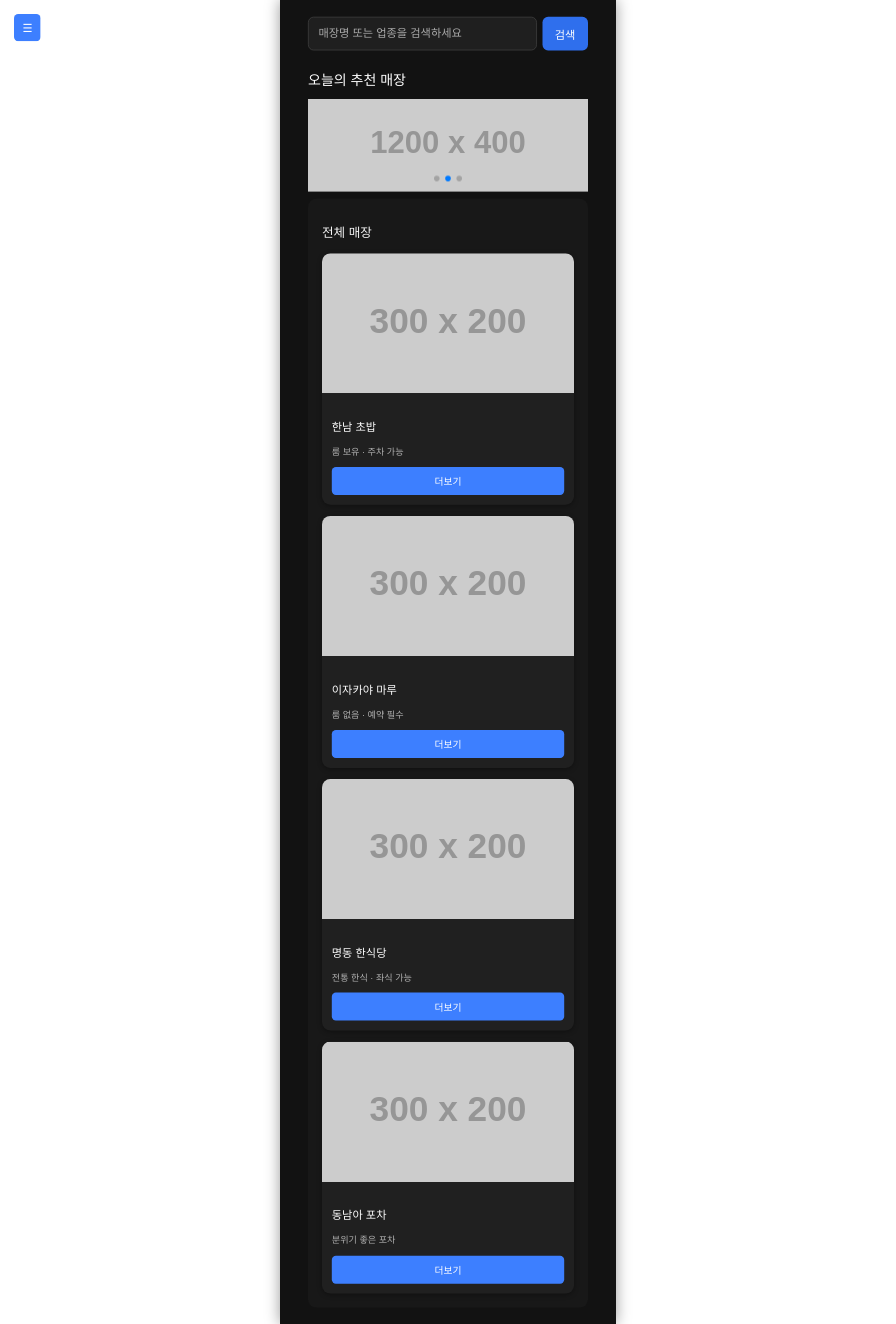
Repository: noiredex/Choplan-API
Page: / (app in choplan/frontend_main/)
The author's editor kept a copy of each file at every save. The page is drawn from the files as they stood at one save, then again after the next save.
The browser window is 1280 px wide. The pictures show the whole page, at 70% of full size.
The project was rebuilt for these pictures with package versions that can differ from the ones it lists, and the page was loaded fresh each time. Also part of the build but not shown: choplan/frontend_main/vite.config.js, choplan/frontend_main/vite.config.ts, choplan/frontend_main/src/styles/StoreDetailPage.css, choplan/frontend_main/src/pages/StoreDetailPage.jsx.

Above is the page before, as saved 2025-10-29 10:26:50.

### choplan/frontend_main/index.html
<!doctype html>
<html lang="en">
  <head>
    <meta charset="UTF-8" />
    <link rel="icon" type="image/svg+xml" href="/vite.svg" />
    <meta name="viewport" content="width=device-width, initial-scale=1.0" />
    <title>frontend_main</title>
  </head>
  <body>
    <div id="root"></div>
    <script type="module" src="/src/main.jsx"></script>
  </body>
</html>

### choplan/frontend_main/src/App.jsx
import { Routes, Route } from "react-router-dom";
import HomePage from "./pages/HomePage";
import StoreDetailPage from "./pages/StoreDetailPage";
import "./App.css";

export default function App() {
  return (
    <Routes>
      <Route path="/" element={<HomePage />} />
      <Route path="/store/:id" element={<StoreDetailPage />} />
    </Routes>
  );
}

### choplan/frontend_main/src/pages/Homepage.jsx
import React, { useState } from "react";
import Sidebar from "../components/common/Sidebar";
import SearchBar from "../components/home/SearchBar";
import BannerSlider from "../components/home/BannerSlider";
import RecommendedStores from "../components/home/RecommendedStores";
import "../styles/HomePage.css";

export default function HomePage() {
  const [selectedCategory, setSelectedCategory] = useState("전체");
  const [searchQuery, setSearchQuery] = useState("");

  return (
    <div className="home-container">
      {/* 사이드바 */}
      <Sidebar
        selectedCategory={selectedCategory}
        onSelectCategory={setSelectedCategory}
        searchQuery={searchQuery}
      />

      {/* 메인 콘텐츠 */}
      <div className="main-content">
        <SearchBar onSearch={setSearchQuery} />

        {/* 추천 배너 */}
        <section className="banner-section">
          <h2>오늘의 추천 매장</h2>
          <BannerSlider />
        </section>

        {/* 매장 목록 */}
        <section className="store-section">
          <RecommendedStores
            category={selectedCategory}
            searchQuery={searchQuery}
          />
        </section>
      </div>
    </div>
  );
}

### choplan/frontend_main/src/App.css
/* ==============================
   App.css — 전역 스타일
   ============================== */

/* 기본 페이지 레이아웃 */
html, body {
  margin: 0;
  padding: 0;
  background-color: #181818; /* Soft Charcoal */
  color: #E0E0E0;
  font-family: 'Noto Sans KR', sans-serif;
  display: flex;
  justify-content: center;
}

/* 전체 앱을 중앙에 고정 (모바일 480px 기준) */
#root {
  width: 100%;
  max-width: 480px;
  min-height: 100vh;
  background-color: #1E1E1E;
  box-shadow: 0 0 20px rgba(0, 0, 0, 0.4);
  overflow-x: hidden;
  position: relative;
}

/* 스크롤바 다크모드 스타일 */
::-webkit-scrollbar {
  width: 6px;
}
::-webkit-scrollbar-track {
  background: #1a1a1a;
}
::-webkit-scrollbar-thumb {
  background: #444;
  border-radius: 4px;
}
::-webkit-scrollbar-thumb:hover {
  background: #555;
}

/* 공통 버튼 스타일 */
button {
  background-color: #3D7FFF;
  color: white;
  border: none;
  border-radius: 8px;
  padding: 10px 16px;
  cursor: pointer;
  transition: background-color 0.2s ease;
}
button:hover {
  background-color: #5596FF;
}

/* 링크 */
a {
  text-decoration: none;
  color: inherit;
}

### choplan/frontend_main/src/components/common/Sidebar.jsx
import React, { useState, useEffect } from "react";
import "../../styles/Sidebar.css";

export default function Sidebar({ selectedCategory, onSelectCategory, searchQuery }) {
  const [isOpen, setIsOpen] = useState(false);

  const categories = [
    "전체",
    "이자카야",
    "초밥",
    "한식",
    "양식",
    "중식",
    "동남아",
    "인도",
    "기타",
  ];

  // 검색어에 따라 자동 카테고리 선택
  useEffect(() => {
    if (searchQuery && searchQuery.trim() !== "") {
      const matched = categories.find((cat) => searchQuery.includes(cat));
      if (matched) onSelectCategory(matched);
    }
  }, [searchQuery]);

  return (
    <>
      {/* 햄버거 버튼 (항상 노출) */}
      <button
        className="sidebar-toggle"
        onClick={() => setIsOpen(!isOpen)}
        aria-label="메뉴 열기"
      >
        ☰
      </button>

      {/* 오버레이 (열릴 때만) */}
      {isOpen && <div className="overlay" onClick={() => setIsOpen(false)}></div>}

      {/* 세로형 사이드바 */}
      <aside className={`sidebar ${isOpen ? "open" : ""}`}>
        <ul className="sidebar-list">
          {categories.map((category, index) => (
            <li
              key={index}
              className={selectedCategory === category ? "active" : ""}
              onClick={() => {
                onSelectCategory(category);
                setIsOpen(false);
              }}
            >
              {category}
            </li>
          ))}
        </ul>
      </aside>
    </>
  );
}

### choplan/frontend_main/src/components/home/SearchBar.jsx
import React, { useState } from "react";
import "../../styles/SearchBar.css";

export default function SearchBar({ onSearch }) {
  const [query, setQuery] = useState("");

  const handleInputChange = (e) => {
    setQuery(e.target.value);
  };

  const handleSearch = (e) => {
    e.preventDefault();
    onSearch(query);
  };

  return (
    <form className="search-bar" onSubmit={handleSearch}>
      <input
        type="text"
        placeholder="매장명 또는 업종을 검색하세요"
        value={query}
        onChange={handleInputChange}
      />
      <button type="submit">검색</button>
    </form>
  );
}

### choplan/frontend_main/src/components/home/BannerSlider.jsx
import React from "react";
import { Swiper, SwiperSlide } from "swiper/react";
import { Autoplay, Pagination } from "swiper/modules";
import "swiper/css";
import "swiper/css/pagination";
import "../../styles/BannerSlider.css";

export default function BannerSlider() {
  const banners = [
    {
      id: 1,
      img: "https://placehold.co/1200x400/007bff/ffffff?text=오늘의+추천매장+1",
      alt: "추천 매장 1",
    },
    {
      id: 2,
      img: "https://placehold.co/1200x400/f07b00/ffffff?text=오늘의+추천매장+2",
      alt: "추천 매장 2",
    },
    {
      id: 3,
      img: "https://placehold.co/1200x400/008c4a/ffffff?text=오늘의+추천매장+3",
      alt: "추천 매장 3",
    },
  ];

  return (
    <div className="banner-slider-container">
      <Swiper
        modules={[Autoplay, Pagination]}
        pagination={{ clickable: true }}
        autoplay={{ delay: 4000, disableOnInteraction: false }}
        loop={true}
        spaceBetween={0}
        slidesPerView={1}
        className="banner-swiper"
      >
        {banners.map((banner) => (
          <SwiperSlide key={banner.id}>
            <img
              src={banner.img}
              alt={banner.alt}
              className="banner-image"
            />
          </SwiperSlide>
        ))}
      </Swiper>
    </div>
  );
}

### choplan/frontend_main/src/components/home/RecommendedStores.jsx
import React, { useEffect, useState } from "react";
import { useNavigate } from "react-router-dom";
import "../../styles/RecommendedStores.css";

export default function RecommendedStores({ category, searchQuery }) {
  const [stores, setStores] = useState([]);
  const navigate = useNavigate(); // 페이지 이동 훅

  // 예시 데이터 (실제 API 연결 시 이 부분 대체)
  const allStores = [
    { id: 1, name: "한남 초밥", category: "초밥", desc: "룸 보유 · 주차 가능", img: "https://placehold.co/300x200" },
    { id: 2, name: "이자카야 마루", category: "이자카야", desc: "룸 없음 · 예약 필수", img: "https://placehold.co/300x200" },
    { id: 3, name: "명동 한식당", category: "한식", desc: "전통 한식 · 좌식 가능", img: "https://placehold.co/300x200" },
    { id: 4, name: "동남아 포차", category: "동남아", desc: "분위기 좋은 포차", img: "https://placehold.co/300x200" },
  ];

  useEffect(() => {
    let filtered = allStores;

    // 검색어 반영
    if (searchQuery) {
      filtered = filtered.filter((store) =>
        store.name.toLowerCase().includes(searchQuery.toLowerCase())
      );
    }

    // 카테고리 반영
    if (category && category !== "전체") {
      filtered = filtered.filter((store) => store.category === category);
    }

    setStores(filtered);
  }, [category, searchQuery]);

  return (
    <div className="recommended-stores">
      <h2>{category ? category : "전체"} 매장</h2>

      <div className="store-grid">
        {stores.length > 0 ? (
          stores.map((store) => (
            <div className="store-card" key={store.id}>
              <img src={store.img} alt={store.name} />
              <div className="store-info">
                <h3>{store.name}</h3>
                <p>{store.desc}</p>
                <button onClick={() => navigate(`/store/${store.id}`)}>더보기</button>
              {/* 더보기 클릭시 /store/매장id 페이지로 이동 */}
              </div>
            </div>
          ))
        ) : (
          <p className="no-results">검색 결과가 없습니다.</p>
        )}
      </div>
    </div>
  );
}

### choplan/frontend_main/src/styles/HomePage.css
/* ===== 기본 구조 ===== */
.home-container {
  display: flex;
  flex-direction: row;
  align-items: stretch;
  justify-content: flex-start;
  width: 100%;
  min-height: 100vh;
  background-color: #121212; /* 다크모드 배경 */
  overflow: hidden;
  box-sizing: border-box;
  color: #f0f0f0;
}

/* ===== 메인 콘텐츠 ===== */
.main-content {
  flex: 1;
  display: flex;
  flex-direction: column;
  justify-content: flex-start;
  align-items: stretch;
  padding: 24px 40px;
  overflow-y: auto;
  transition: all 0.3s ease;
}

/* ===== 검색바 ===== */
.search-bar {
  margin-bottom: 10px; /* 기존보다 10px 줄임 */
}

/* ===== 베너 섹션 ===== */
.benner-section {
  text-align: center;
  margin-top: 10px; /* 기존보다 10px 줄임 */
  margin-bottom: 20px; /* 아래 ‘전체매장’ 간격 줄임 */
  display: flex;
  flex-direction: column;
  align-items: center;
}

.banner-section h2 {
  font-size: 20px; /* 기존 24px → 20px */
  font-weight: 700;
  color: #ffffff;
  margin-bottom: 12px;
}

.banner-section .swiper-container {
  width: 100%;
  max-width: 1200px;
  aspect-ratio: 16 / 9;
  border-radius: 12px;
  overflow: hidden;
  object-fit: cover;
  height: auto !important;
  flex-shrink: 0;
}

.banner-section .swiper-slide img {
  width: 100%;
  height: 100%;
  object-fit: cover;
  display: block;
}

/* ===== 추천 매장 섹션 ===== */
.store-section {
  width: 100%;
  margin-top: 10px; /* 기존보다 10px 줄임 */
  flex-grow: 1;
}

/* 반응형 대응 */
@media (max-width: 1024px) {
  .banner-section h2 {
    font-size: 18px;
  }
}

### choplan/frontend_main/src/styles/Sidebar.css
/* ==============================
   Sidebar.css — 카테고리 & 햄버거 버튼
   ============================== */

/* ===== 사이드바 전체 ===== */
.sidebar {
  position: fixed;
  top: 0;
  left: 0;
  width: 220px;
  height: 100%;
  background: #202020; /* Soft Charcoal */
  border-right: 1px solid #2c2c2c;
  overflow-y: auto;
  transform: translateX(-100%);
  transition: transform 0.3s ease-in-out;
  z-index: 1000;
}

/* 열렸을 때 */
.sidebar.open {
  transform: translateX(0);
}

/* ===== 햄버거 버튼 ===== */
.sidebar-toggle {
  position: fixed;
  top: 20px;
  left: 20px;
  z-index: 1100;
  background: #3D7FFF;
  color: white;
  border: none;
  border-radius: 6px;
  padding: 10px 12px;
  font-size: 16px;
  cursor: pointer;
  transition: background 0.2s ease;
}

.sidebar-toggle:hover {
  background: #5596FF;
}

/* ===== 카테고리 리스트 ===== */
.sidebar-list {
  list-style: none;
  margin: 70px 0 0 0; /* 버튼 아래쪽 여백 확보 */
  padding: 0;
  display: flex;
  flex-direction: column;
}

.sidebar-list li {
  padding: 14px 18px;
  color: #E0E0E0;
  font-size: 15px;
  cursor: pointer;
  border-bottom: 1px solid #2b2b2b;
  transition: all 0.2s ease;
}

.sidebar-list li:hover {
  background-color: #2a2a2a;
}

.sidebar-list li.active {
  background-color: #3D7FFF;
  color: #fff;
  font-weight: 600;
}

/* “전체” 항목 상단 고정 */
.sidebar-list li:first-child {
  position: sticky;
  top: 0;
  background: #202020;
  z-index: 3;
  font-weight: bold;
  border-bottom: 1px solid #2c2c2c;
}

/* ===== 스크롤바 ===== */
.sidebar-list::-webkit-scrollbar {
  width: 6px;
}
.sidebar-list::-webkit-scrollbar-thumb {
  background: #333;
  border-radius: 3px;
}
.sidebar-list::-webkit-scrollbar-thumb:hover {
  background: #444;
}

/* ===== 반응형 ===== */
@media (max-width: 1024px) {
  .sidebar {
    width: 220px;
  }
}

@media (max-width: 600px) {
  .sidebar {
    width: 200px;
  }

  .sidebar-list li {
    font-size: 14px;
    padding: 12px 14px;
  }

  .sidebar-toggle {
    padding: 8px 10px;
    font-size: 14px;
    top: 15px;
    left: 15px;
  }
}

### choplan/frontend_main/src/styles/SearchBar.css
.search-bar {
  display: flex;
  align-items: center; /* 세로 중앙 정렬 */
  justify-content: center;
  width: 100%;
  max-width: 600px;
  margin: 0 auto;
}

.search-bar input {
  flex: 1;
  height: 48px; /* 버튼과 동일 높이 */
  padding: 0 14px;
  border: 1px solid #444;
  border-radius: 8px;
  background-color: #1f1f1f;
  color: #f0f0f0;
  font-size: 16px;
  outline: none;
  box-sizing: border-box;
}

.search-bar input::placeholder {
  color: #aaa;
}

.search-bar button {
  height: 48px; /* input과 완전 동일 높이 */
  padding: 0 18px;
  border: none;
  background-color: #2f6fed;
  color: white;
  font-size: 16px;
  border-radius: 8px;
  margin-left: 8px; /* input과의 간격 */
  cursor: pointer;
  transition: background-color 0.2s ease;
}

.search-bar button:hover {
  background-color: #1d56c4;
}

### choplan/frontend_main/src/styles/BannerSlider.css
/* ==============================
   BannerSlider.css — 자동 슬라이드 배너
   ============================== */

/* ===== 배너 전체 ===== */
.banner-slider {
  position: relative;
  width: 100%;
  max-width: 440px;
  margin: 0 auto;
  border-radius: 12px;
  overflow: hidden;
  background-color: #2A2A2A;
  box-shadow: 0 4px 10px rgba(0, 0, 0, 0.3);
}

/* ===== 슬라이드 이미지 ===== */
.banner-slide {
  width: 100%;
  aspect-ratio: 16 / 9;
  display: flex;
  align-items: center;
  justify-content: center;
  background-color: #1E1E1E;
}

.banner-slide img {
  width: 100%;
  height: 100%;
  object-fit: cover;
  display: block;
}

/* ===== 인디케이터 점 ===== */
.banner-indicators {
  position: absolute;
  bottom: 12px;
  left: 50%;
  transform: translateX(-50%);
  display: flex;
  gap: 6px;
  z-index: 10;
}

.indicator {
  width: 8px;
  height: 8px;
  background-color: rgba(255, 255, 255, 0.4);
  border-radius: 50%;
  cursor: pointer;
  transition: background-color 0.3s;
}

.indicator.active {
  background-color: #3D7FFF;
}

/* ===== 슬라이드 전환 효과 ===== */
.swiper-slide {
  transition: transform 0.6s ease-in-out;
}

/* ===== 반응형 ===== */
@media (min-width: 1025px) {
  body {
    display: flex;
    justify-content: center;
    background-color: #181818;
  }

  #root {
    width: 480px;
  }

  .banner-slider {
    max-width: 480px;
  }
}

@media (max-width: 600px) {
  .banner-slider {
    max-width: 95%;
  }

  .banner-indicators {
    bottom: 8px;
  }

  .indicator {
    width: 7px;
    height: 7px;
  }
}

### choplan/frontend_main/src/styles/RecommendedStores.css
/* ==============================
   RecommendedStores.css — 매장 목록
   ============================== */

.recommended-stores {
  padding: 20px;
  background-color: #181818; /* Soft Charcoal */
  color: #E0E0E0;
  max-width: 480px;
  margin: 0 auto;
  border-radius: 12px;
}

/* 섹션 제목 */
.recommended-stores h2 {
  font-size: 18px;
  font-weight: 600;
  margin-bottom: 16px;
  text-align: left;
  color: #F5F5F5;
}

/* ===== 매장 카드 컨테이너 ===== */
.store-grid {
  display: flex;
  flex-direction: column;
  gap: 16px;
}

/* ===== 각 매장 카드 ===== */
.store-card {
  background: #202020;
  border-radius: 12px;
  overflow: hidden;
  box-shadow: 0 2px 8px rgba(0, 0, 0, 0.35);
  transition: transform 0.2s ease, box-shadow 0.2s ease;
  width: 100%;
}

.store-card:hover {
  transform: translateY(-4px);
  box-shadow: 0 4px 12px rgba(0, 0, 0, 0.45);
}

/* 이미지 */
.store-card img {
  width: 100%;
  height: 200px;
  object-fit: cover;
  background-color: #2a2a2a;
}

/* 매장 정보 */
.store-info {
  padding: 14px;
}

.store-info h3 {
  font-size: 16px;
  margin-bottom: 8px;
  color: #FFFFFF;
}

.store-info p {
  font-size: 13px;
  color: #B0B0B0;
  margin-bottom: 12px;
}

/* 더보기 버튼 */
.store-info button {
  width: 100%;
  padding: 10px 0;
  border: none;
  border-radius: 6px;
  background-color: #3D7FFF;
  color: white;
  font-size: 14px;
  font-weight: 500;
  cursor: pointer;
  transition: background-color 0.2s ease, transform 0.1s ease;
}

.store-info button:hover {
  background-color: #5596FF;
  tran

Loaded but not shown: choplan/frontend_main/src/main.jsx (common file); choplan/frontend_main/src/index.css (common file)

After the next save:
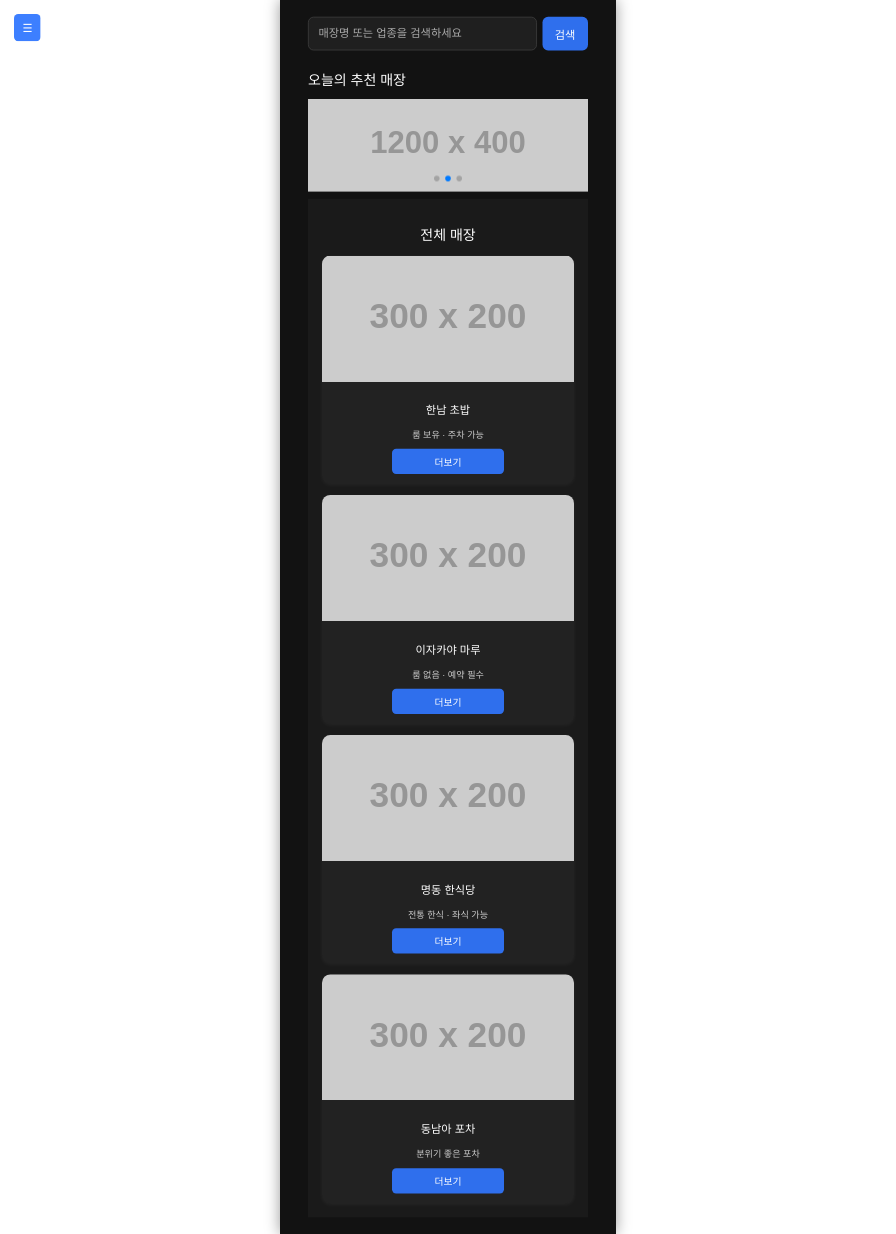
Saved 13 s later.
--- a/choplan/frontend_main/src/styles/RecommendedStores.css
+++ b/choplan/frontend_main/src/styles/RecommendedStores.css
@@ -1,86 +1,82 @@
-/* ==============================
-   RecommendedStores.css — 매장 목록
-   ============================== */
-
+/* ===== 컨테이너 ===== */
 .recommended-stores {
   padding: 20px;
-  background-color: #181818; /* Soft Charcoal */
-  color: #E0E0E0;
-  max-width: 480px;
-  margin: 0 auto;
-  border-radius: 12px;
+  background: #1a1a1a;
+  display: flex;
+  flex-direction: column;
+  align-items: center;
 }
 
-/* 섹션 제목 */
 .recommended-stores h2 {
-  font-size: 18px;
+  font-size: 20px; /* ‘오늘의 추천 매장’과 동일하게 조정 */
+  margin-bottom: 14px;
   font-weight: 600;
-  margin-bottom: 16px;
-  text-align: left;
-  color: #F5F5F5;
+  color: #ffffff;
+  text-align: center;
 }
 
-/* ===== 매장 카드 컨테이너 ===== */
+/* ===== 매장 카드 그리드 ===== */
 .store-grid {
+  display: grid;
+  gap: 16px;
+  width: 100%;
+  max-width: 1200px;
+  margin: 0 auto;
+  grid-template-columns: repeat(auto-fit, minmax(280px, 1fr));
+  transition: all 0.3s ease;
+}
+
+/* ===== 매장 카드 ===== */
+.store-card {
+  background: #222;
+  border-radius: 12px;
+  overflow: hidden;
+  box-shadow: 0 2px 6px rgba(255, 255, 255, 0.05);
   display: flex;
   flex-direction: column;
-  gap: 16px;
-}
-
-/* ===== 각 매장 카드 ===== */
-.store-card {
-  background: #202020;
-  border-radius: 12px;
-  overflow: hidden;
-  box-shadow: 0 2px 8px rgba(0, 0, 0, 0.35);
-  transition: transform 0.2s ease, box-shadow 0.2s ease;
-  width: 100%;
+  transition: transform 0.2s ease;
 }
 
 .store-card:hover {
-  transform: translateY(-4px);
-  box-shadow: 0 4px 12px rgba(0, 0, 0, 0.45);
+  transform: translateY(-3px);
 }
 
-/* 이미지 */
 .store-card img {
   width: 100%;
-  height: 200px;
+  height: 180px;
   object-fit: cover;
-  background-color: #2a2a2a;
 }
 
-/* 매장 정보 */
 .store-info {
   padding: 14px;
+  text-align: center;
 }
 
 .store-info h3 {
   font-size: 16px;
-  margin-bottom: 8px;
-  color: #FFFFFF;
+  margin-bottom: 6px;
+  color: #fff;
 }
 
 .store-info p {
   font-size: 13px;
-  color: #B0B0B0;
-  margin-bottom: 12px;
+  color: #ccc;
+  margin-bottom: 10px;
 }
 
-/* 더보기 버튼 */
 .store-info button {
   width: 100%;
-  padding: 10px 0;
+  max-width: 160px;
+  padding: 8px 0;
   border: none;
-  border-radius: 6px;
-  background-color: #3D7FFF;
+  background-color: #2f6fed;
   color: white;
   font-size: 14px;
-  font-weight: 500;
+  border-radius: 6px;
   cursor: pointer;
-  transition: background-color 0.2s ease, transform 0.1s ease;
+  transition: background-color 0.2s ease;
 }
 
 .store-info button:hover {
-  background-color: #5596FF;
-  tran
+  background-color: #1d56c4;
+}
